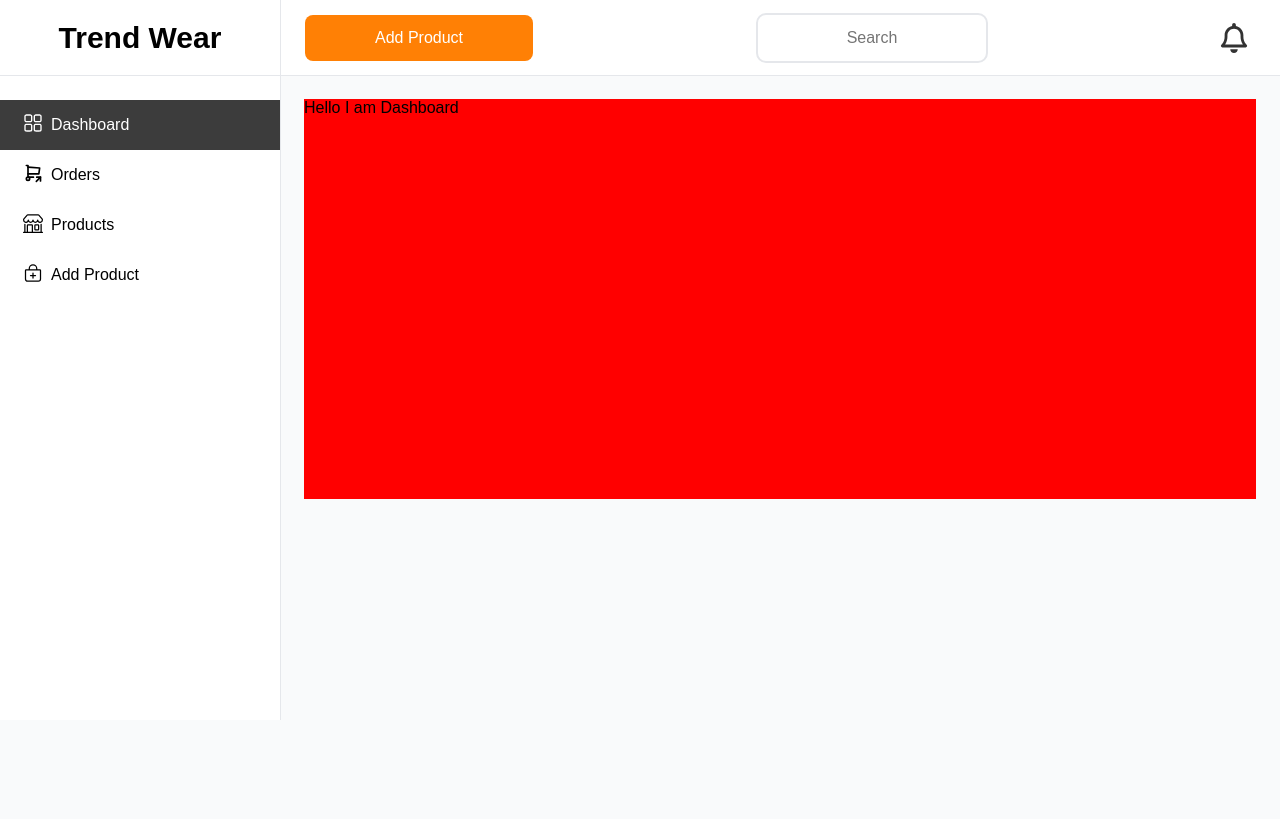
Repository: ahmad-dev7/TrendWear
Page: / (app in trend_wear_dashboard/)
An editor plug-in stored every save of this project. The page is shown before and after the next save, followed by the edit.
The browser window is 1280 px wide. The pictures show the whole page.
The project was rebuilt for these pictures with package versions that can differ from the ones it lists, and the page was loaded fresh each time. Also part of the build but not shown: trend_wear_dashboard/vite.config.ts, trend_wear_dashboard/src/Components/AddProduct/ProductDetails.css, trend_wear_dashboard/src/Constants/Spacer.tsx, trend_wear_dashboard/src/Constants/ProductDetailSection/ProductDetailSection.css, trend_wear_dashboard/src/Constants/ProductDetailSection/DetailsSectionContainer.tsx, trend_wear_dashboard/src/Constants/LabeledInputField/LabeledInputField.css, trend_wear_dashboard/src/Constants/LabeledInputField/LabeledInputField.tsx, trend_wear_dashboard/src/Constants/LabeledInputField/LabeledTextarea.tsx and 4 more.

Above is the page before, as saved 2025-01-20 20:13:52.

### trend_wear_dashboard/index.html
<!doctype html>
<html lang="en">

<head>
  <meta charset="UTF-8" />
  <link rel="icon" type="image/svg+xml" href="/vite.svg" />
  <meta name="viewport" content="width=device-width, initial-scale=1.0" />
  <title>Trend Wear</title>
</head>

<body>
  <div id="root"></div>
  <script type="module" src="/src/main.tsx"></script>
</body>

</html>

### trend_wear_dashboard/src/main.tsx
import { StrictMode } from "react";
import { createRoot } from "react-dom/client";
//import "bootstrap/dist/css/bootstrap.css";
import "./App.css";
import App from "./App.tsx";

createRoot(document.getElementById("root")!).render(
  <StrictMode>
    <App />
  </StrictMode>
);

### trend_wear_dashboard/src/App.css
body {
    background-color: #F9FAFB;
    padding: 0;
    margin: 0;
    border-color: #e5e7eb;
    font-family: Arial, Helvetica, sans-serif;

}

#parent {
    display: flex;
}

### trend_wear_dashboard/src/App.tsx
import { useState } from "react";
import Body from "./Components/Body/Body";
import Navbar from "./Components/Navbar/Navbar";
import Sidebar from "./Components/Sidebar/Sidebar";
import AddProducts from "./Components/AddProduct/AddProduct";
import Dashboard from "./Components/Dashboard/Dashboard";
//import Dashboard from "./Components/Dashboard/Dashboard";

function App() {
  const [body, setBody] = useState("Dashboard");

  console.log(body);

  return (
    <div id="parent">
      <Sidebar onSelectTab={setBody} />
      <div style={{ flex: 1 }}>
        <Navbar />
        <Body>
          {body === "Dashboard" && <Dashboard />}
          {}
        </Body>
      </div>
    </div>
  );
}

export default App;

### trend_wear_dashboard/src/Components/Body/Body.tsx
// Body.tsx
import "./Body.css";

interface Props {
  children: React.ReactNode;
}

const Body = ({ children }: Props) => {
  return <div id="body-content">{children}</div>;
};

export default Body;

### trend_wear_dashboard/src/Components/Navbar/Navbar.tsx
import "./Navbar.css";
import { FaRegBell } from "react-icons/fa6";

const Navbar = () => {
  return (
    <div>
      <div id="top-navbar">
        <div className="nav-item add-product-button">Add Product</div>
        <input className="nav-item" placeholder="Search" type="text" />
        <FaRegBell className="nav-item icon"></FaRegBell>
      </div>
    </div>
  );
};

export default Navbar;

### trend_wear_dashboard/src/Components/Sidebar/Sidebar.tsx
import "./Sidebar.css";
import { RxDashboard } from "react-icons/rx";
import { TbShoppingCartShare } from "react-icons/tb";
import { BsShop } from "react-icons/bs";
import { IoBagAddOutline } from "react-icons/io5";
import { useState } from "react";

interface Props {
  onSelectTab: (tab: string) => void;
}

interface Tabs {
  icon: JSX.Element;
  label: string;
}

const Sidebar = ({ onSelectTab }: Props) => {
  const tabs: Tabs[] = [
    { label: "Dashboard", icon: <RxDashboard size={20} /> },
    { label: "Orders", icon: <TbShoppingCartShare size={20} /> },
    { label: "Products", icon: <BsShop size={20} /> },
    { label: "Add Product", icon: <IoBagAddOutline size={20} /> },
  ];

  const [active, setTab] = useState("Dashboard");

  return (
    <div id="layout">
      <div id="sidebar">
        <div className="header">Trend Wear</div>
        <ul id="sidebar-content">
          {tabs.map((tab) => (
            <li
              key={tab.label}
              className={"tab " + (tab.label == active && "active")}
              onClick={() => {
                setTab(tab.label);
                onSelectTab(tab.label);
              }}
            >
              <div className="icon">{tab.icon}</div>
              <div className="label">{tab.label}</div>
            </li>
          ))}
        </ul>
      </div>
    </div>
  );
};

export default Sidebar;

### trend_wear_dashboard/src/Components/Dashboard/Dashboard.tsx
import "./Dashboard.css";

const Dashboard = () => {
  return <div className="parent">Hello I am Dashboard</div>;
};

export default Dashboard;

### trend_wear_dashboard/src/Components/Body/Body.css
#body-content {
    display: flex;
    flex-direction: column;
    margin: 24px;
    /* To make content body at center */
    top: 75px;
    left: 280px;
    position: relative;
    max-width: calc(100% - (280px + 48px));
    /* To make content body at center */
    height: 100vh;
    width: calc(100% - 48px);
    box-sizing: border-box;
}

### trend_wear_dashboard/src/Components/Navbar/Navbar.css
#top-navbar {
    display: flex;
    justify-content: space-between;
    align-items: center;
    /* padding: 0 24px; */
    background-color: white;
    height: 75px;
    width: calc(100% - 280px);
    left: 281px;
    position: fixed;
    z-index: 1;
    border-bottom: 1px solid #e5e7eb;
}

.nav-item {
    font-size: 16px;
    color: #333;
    text-align: center;
    width: 200px;
    border-radius: 8px;
    padding: 14px;
    text-decoration: none;
}

.add-product-button {
    color: white;
    margin-left: 24px;
    background-color: #ff8005;
}

#top-navbar input {
    border: none;
    outline: 2px solid #e5e7eb;
    flex-grow: 1;
    max-width: 200px;
}

#top-navbar .icon {
    height: 30px;
    width: 30px;
    margin-right: 24px;
}

### trend_wear_dashboard/src/Components/Sidebar/Sidebar.css
/* Sidebar.css */
#sidebar {
    background-color: white;
    width: 280px;
    height: 100vh;
    position: fixed;
    border-right: 1px solid #e5e7eb;
}

#sidebar .header {
    display: flex;
    justify-content: center;
    align-items: center;
    height: 75px;
    font-size: 30px;
    font-weight: bold;
    background-color: white;
    text-align: center;
    border-bottom: 1px solid #e5e7eb;
}

#sidebar-content {
    list-style-type: none;
    margin-top: 24px;
    padding: 0;
    cursor: pointer;
}

#sidebar-content .tab {
    height: 50px;
    color: black;
    display: flex;
    align-items: center;
    padding-left: 15px;
}

.icon {
    padding: 8px;
}

#sidebar-content .active {
    background-color: #3c3c3c;
    color: white;
}

#sidebar-content .tab:hover:not(.active) {
    background-color: #e5e7eb;
}

### trend_wear_dashboard/src/Components/Dashboard/Dashboard.css
.parent {
    height: 400px;
    background-color: red;
}

### trend_wear_dashboard/src/Components/AddProduct/AddProduct.css
/* AddProduct.css */
.parent {
    display: flex;
    width: 100%;
    gap: 24px;
    box-sizing: border-box;
}

.child {
    flex: 1;
    text-align: center;
    background-color: white;
    border: 1px solid #e5e7eb;
    border-radius: 8px;
}

.preview-container {
    height: 300px5
}

#submit-product-button {
    padding: 14px;
    height: 35px;
    background-color: #ff8005;
    justify-content: center;
    align-items: center;
    display: flex;
    font-size: 20px;
    text-align: center;
    color: white;
    border-radius: 8px;
}

After the next save:
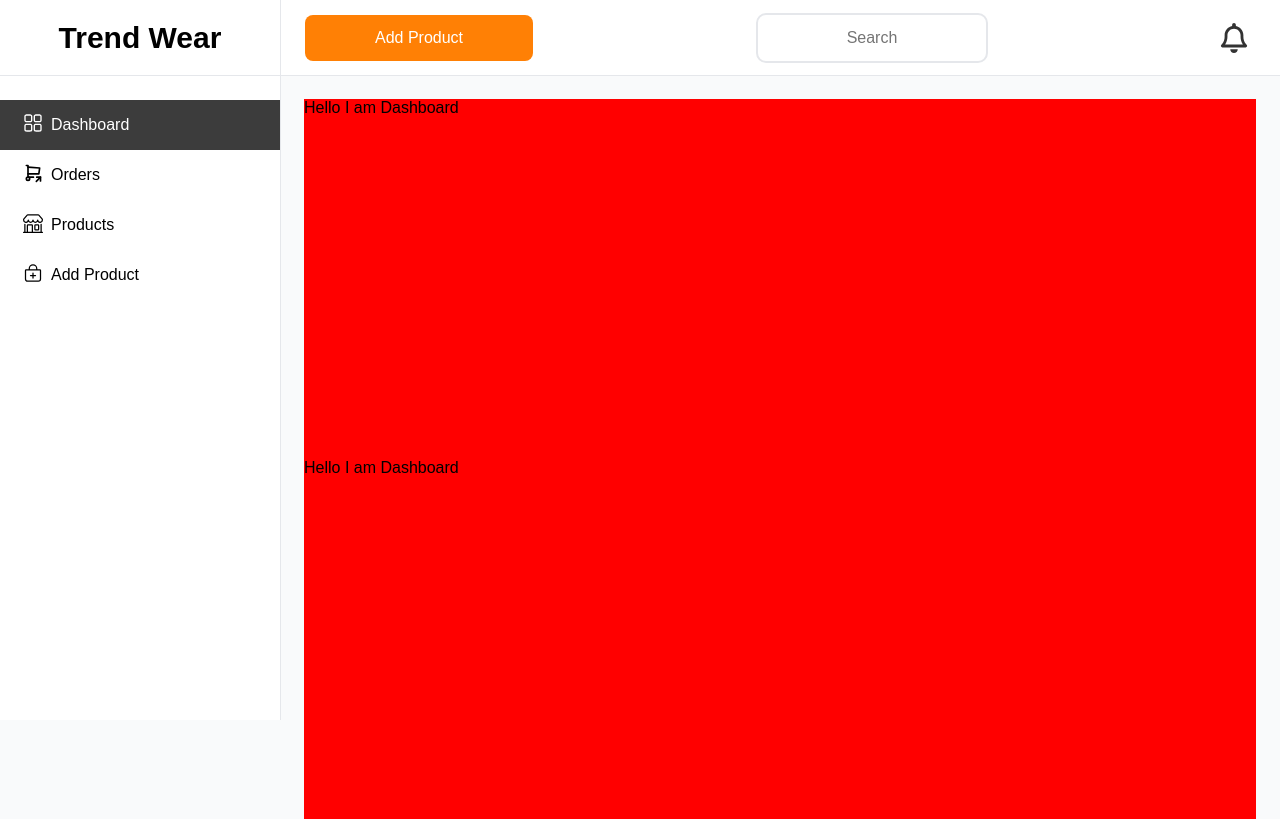
Saved 6 s later.
--- a/trend_wear_dashboard/src/App.tsx
+++ b/trend_wear_dashboard/src/App.tsx
@@ -18,7 +18,7 @@
         <Navbar />
         <Body>
           {body === "Dashboard" && <Dashboard />}
-          {}
+          {body === "Dashboard" && <Dashboard />}
         </Body>
       </div>
     </div>

After the save that followed:
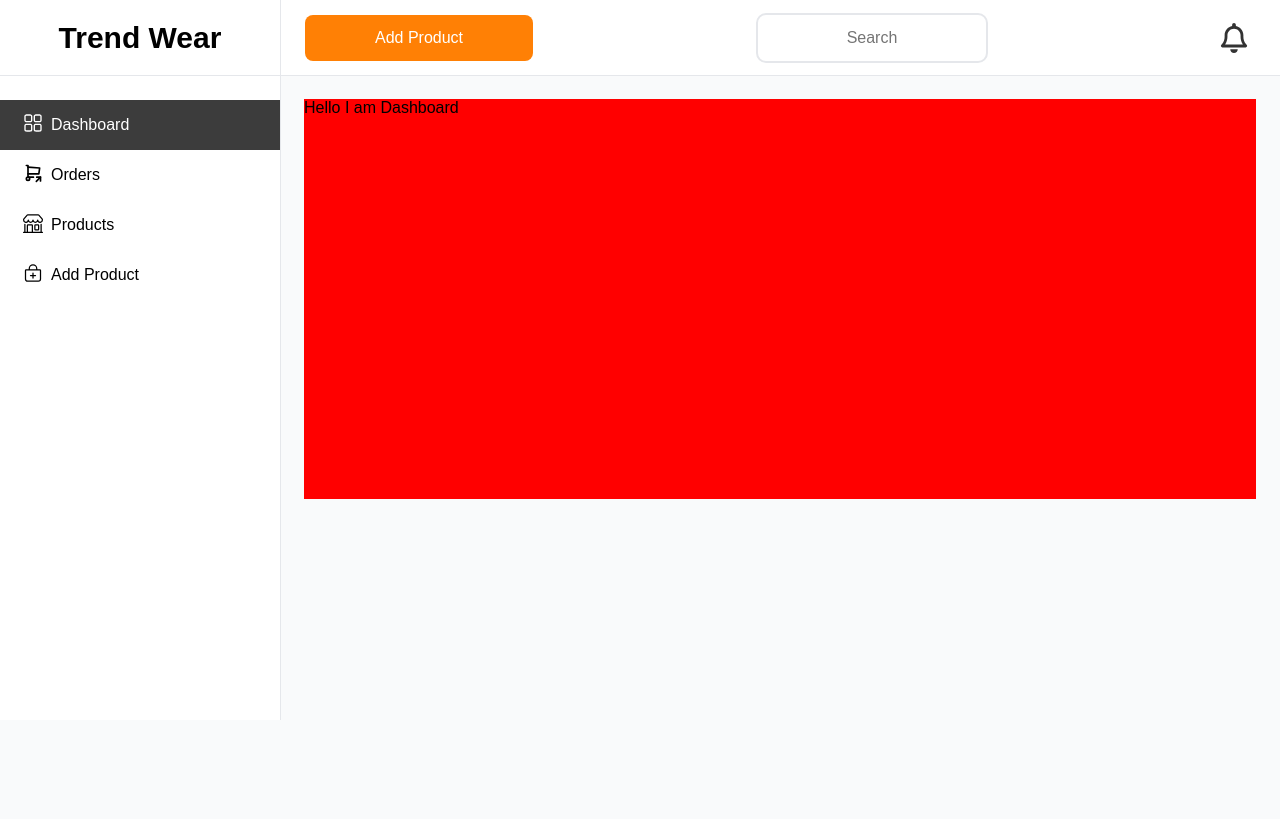
Saved 11 s later.
--- a/trend_wear_dashboard/src/App.tsx
+++ b/trend_wear_dashboard/src/App.tsx
@@ -18,7 +18,7 @@
         <Navbar />
         <Body>
           {body === "Dashboard" && <Dashboard />}
-          {body === "Dashboard" && <Dashboard />}
+          {body === "Add Products" && <AddProducts />}
         </Body>
       </div>
     </div>
